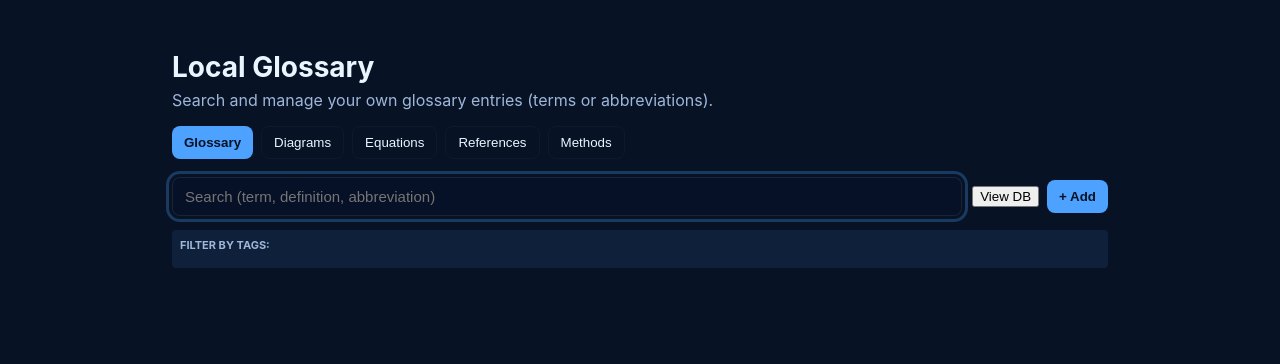
Repository: aldricprt/ecss-glossary
Page: web/index.html
The author's editor kept a copy of each file at every save. The page is drawn from the files as they stood at one save, then again after the next save.
The browser window is 1280 px wide. The pictures show the whole page.
The page's requests for data from a server got no answer.

Above is the page before, as saved 2026-01-29 09:48:02.

After the next save:
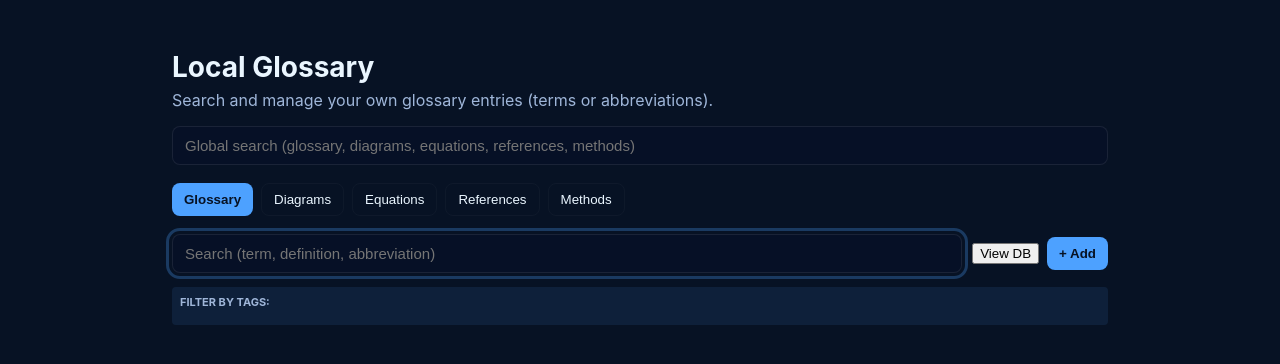
Saved 71 min 59 s later.
--- a/web/index.html
+++ b/web/index.html
@@ -10,6 +10,11 @@
   <main>
     <h1>Local Glossary</h1>
     <p>Search and manage your own glossary entries (terms or abbreviations).</p>
+
+    <div class="search" style="margin:12px 0 18px 0">
+      <input id="globalSearch" type="search" placeholder="Global search (glossary, diagrams, equations, references, methods)" style="flex:1;padding:10px 12px;border:1px solid rgba(255,255,255,0.08);border-radius:8px;font-size:15px;background:#061026;color:inherit" />
+    </div>
+    <div id="globalResults" style="margin-bottom:16px"></div>
 
     <nav class="mainMenu" role="navigation" aria-label="Main menu">
       <button id="menuGlossary" class="active">Glossary</button>
